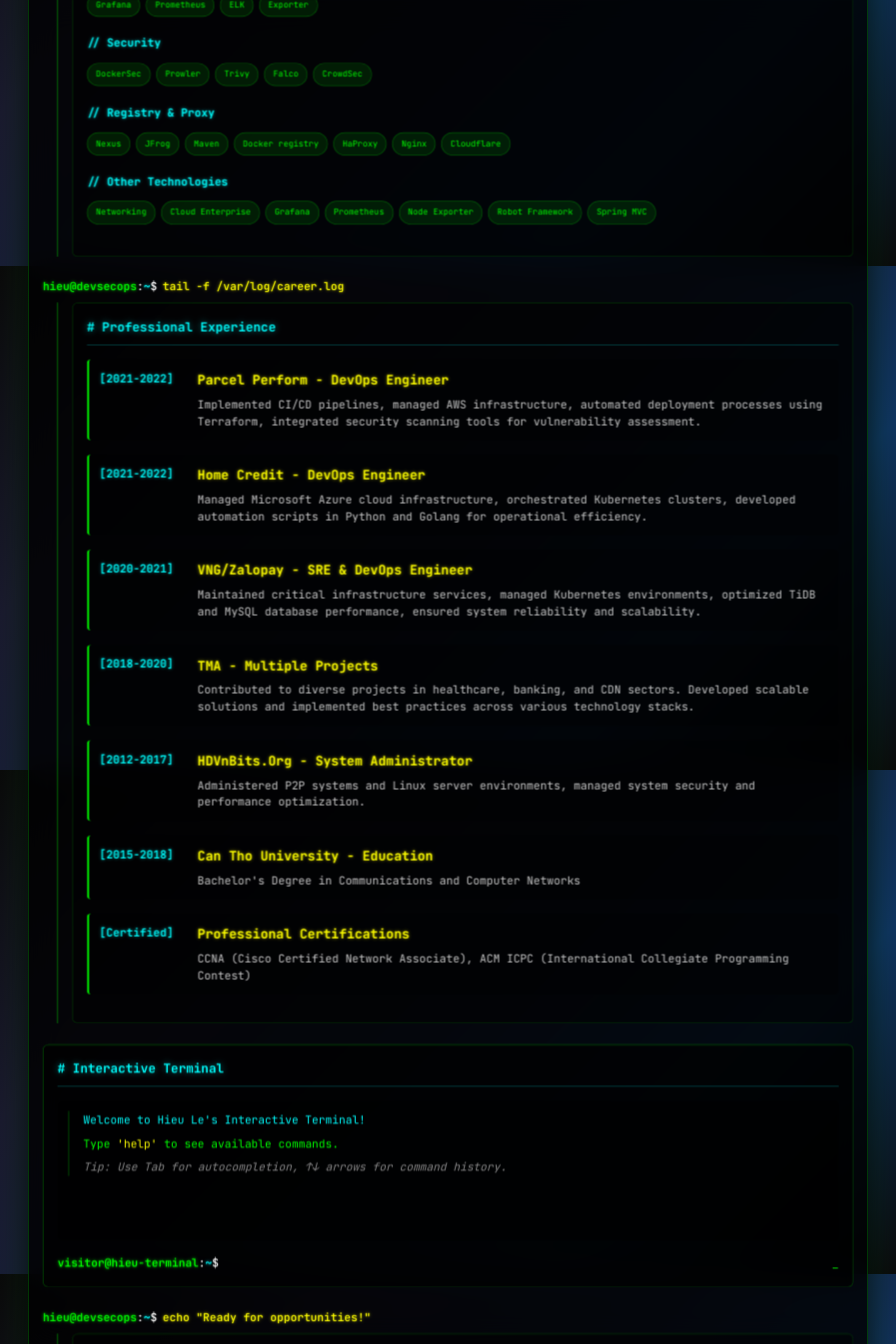
Repository: googlesky/googlesky.github.io
Page: index.html
The author's editor kept a copy of each file at every save. The page is drawn from the files as they stood at one save, then again after the next save.
The browser window is 1280 px wide. The pictures show the part of the page from y = 1780 to 3700 px (the page is 4050 px tall before and 3952 px after), at 70% of full size.
Backgrounds fixed to the window are drawn as part of the page.

Above is the page before, as saved 2025-06-08 12:36:36.

After the next save:
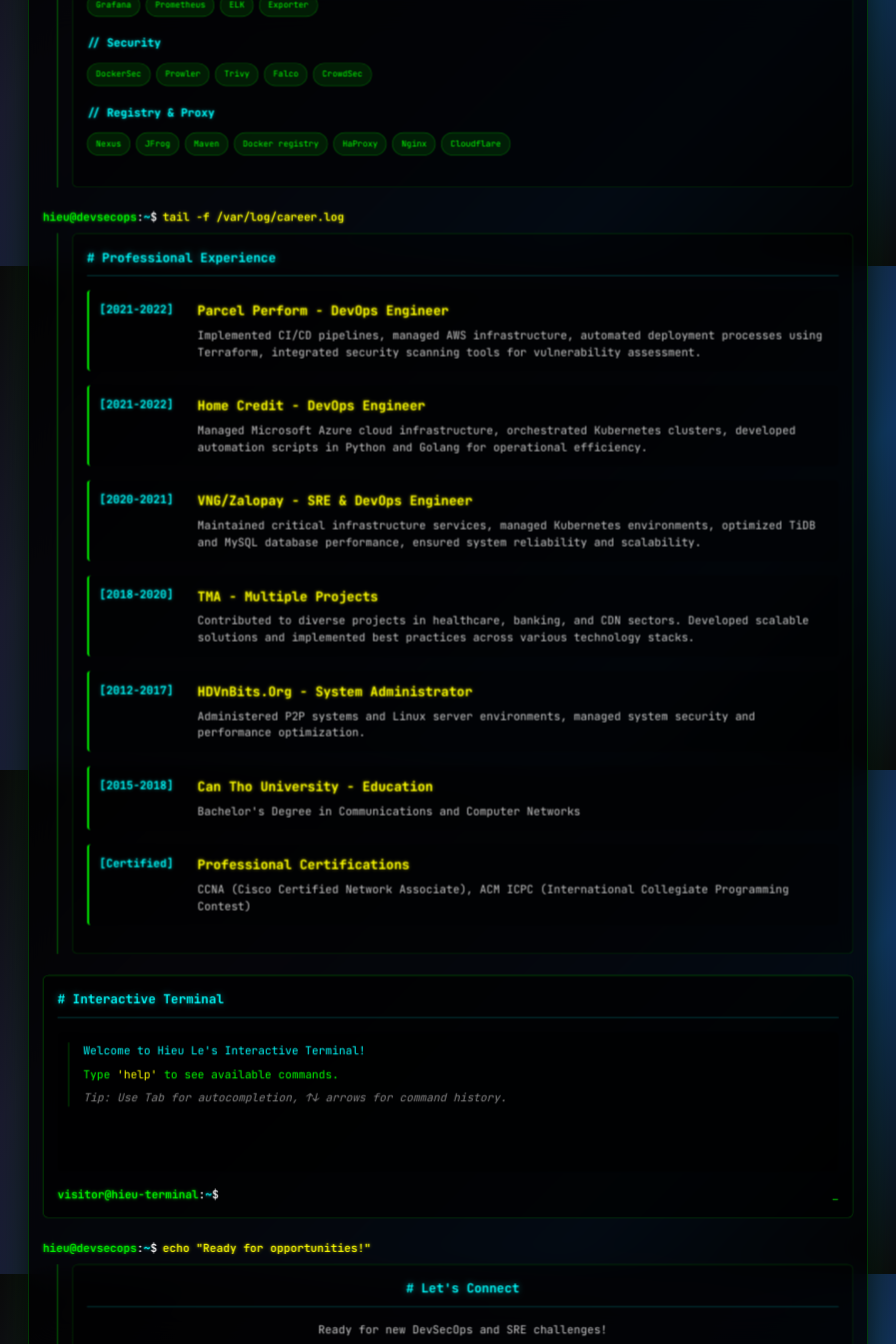
Saved 50 s later.
--- a/index.html
+++ b/index.html
@@ -208,18 +208,6 @@
                             </div>
                         </div>
 
-                        <div class="skill-category">
-                            <h3 class="category-title">// Other Technologies</h3>
-                            <div class="skill-items">
-                                <span class="skill-item">Networking</span>
-                                <span class="skill-item">Cloud Enterprise</span>
-                                <span class="skill-item">Grafana</span>
-                                <span class="skill-item">Prometheus</span>
-                                <span class="skill-item">Node Exporter</span>
-                                <span class="skill-item">Robot Framework</span>
-                                <span class="skill-item">Spring MVC</span>
-                            </div>
-                        </div>
                     </div>
                 </div>
             </section>
